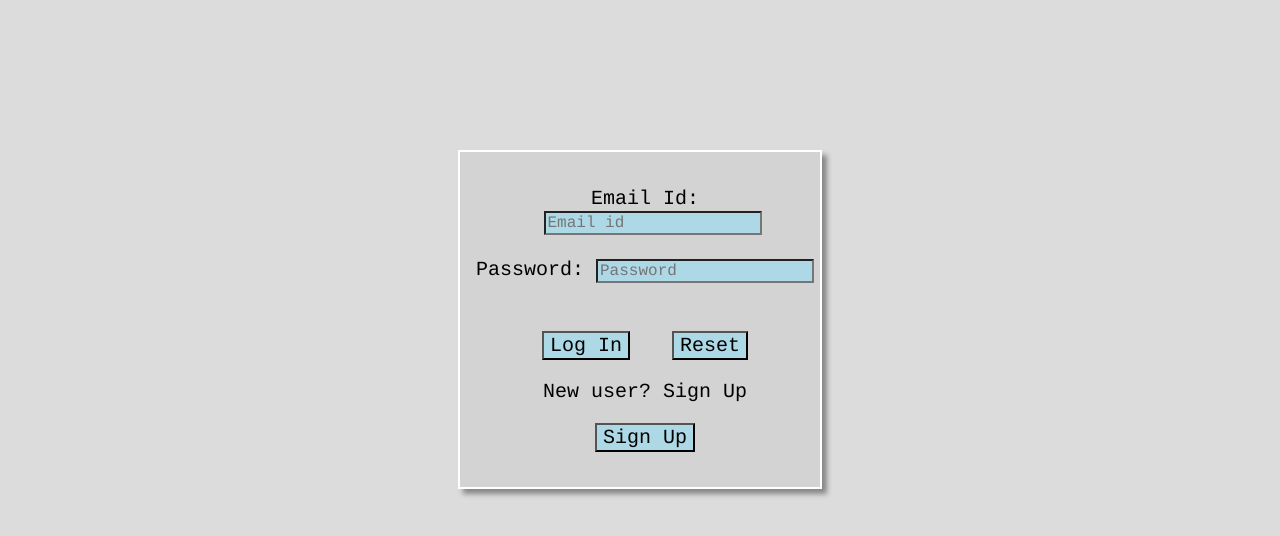
Repository: bl-sid/Bridgelabz
Page: Cookie/WebContent/index.html
The author's editor kept a copy of each file at every save. The page is drawn from the files as they stood at one save, then again after the next save.
The browser window is 1280 px wide. The pictures show the whole page.

Above is the page before, as saved 2017-08-23 12:59:59.

After the next save:
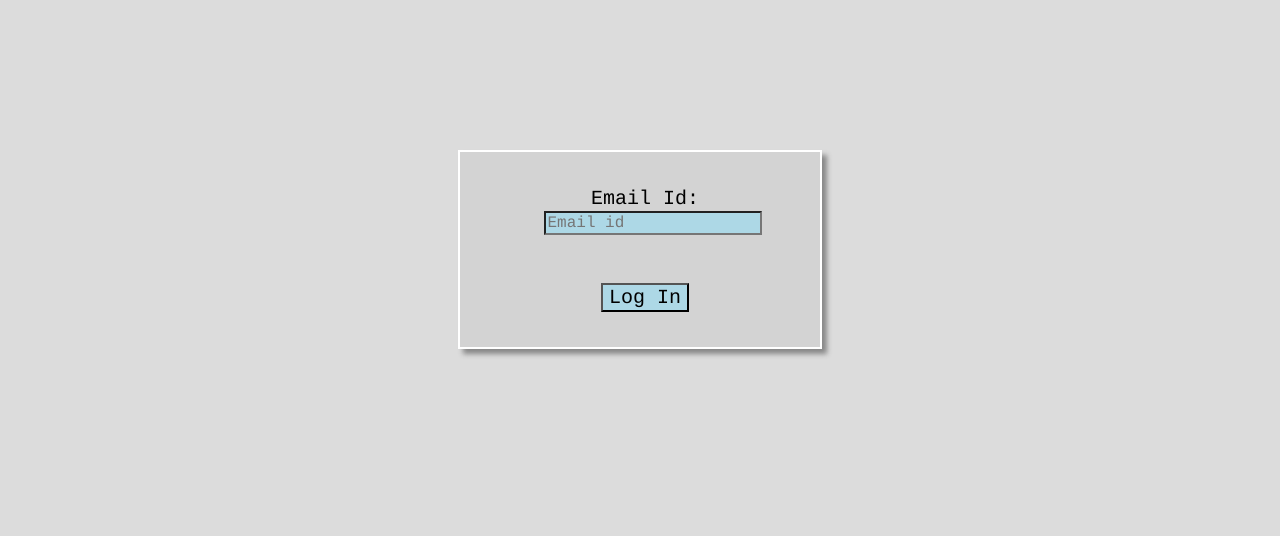
Saved 39 s later.
--- a/Cookie/WebContent/index.html
+++ b/Cookie/WebContent/index.html
@@ -81,16 +81,9 @@
 		Email Id: <input type="email" name="email" class="myid" id="emailid"
 			placeholder="Email id">
 		<br> <br>
-		Password: <input type="password" name="password" class="myid" placeholder="Password"
-			id="passid">
-		<br> <br>
+
 		<input type="submit" name="submit" value="Log In" class="myid" id="submitid"
-			onClick="return onSubmitClick()">
-		<input type="reset" name="reset" id="resetid">
-
-		<p>New user? Sign Up</p>
-
-		<Button formaction="SignUp.html" id="signid">Sign Up</Button>
+			onClick="return onSubmitClick()"
 
 	</form>
 

After the save that followed:
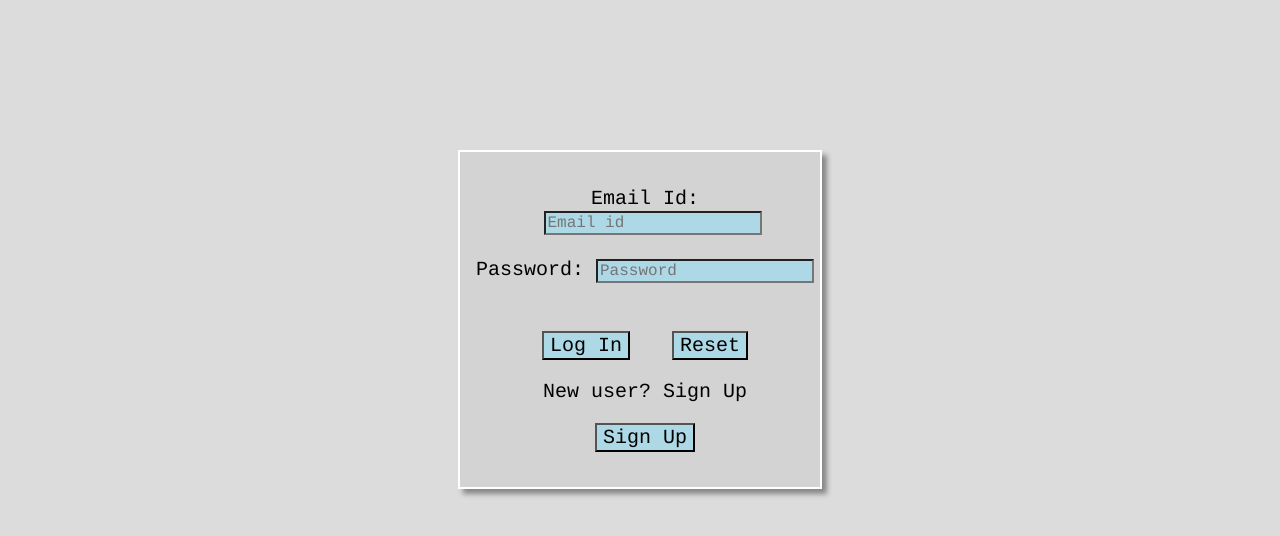
Saved 19 s later.
--- a/Cookie/WebContent/index.html
+++ b/Cookie/WebContent/index.html
@@ -81,9 +81,16 @@
 		Email Id: <input type="email" name="email" class="myid" id="emailid"
 			placeholder="Email id">
 		<br> <br>
+		Password: <input type="password" name="password" class="myid" placeholder="Password"
+			id="passid">
+		<br> <br>
+		<input type="submit" name="submit" value="Log In" class="myid" id="submitid"
+			onClick="return onSubmitClick()">
+		<input type="reset" name="reset" id="resetid">
 
-		<input type="submit" name="submit" value="Log In" class="myid" id="submitid"
-			onClick="return onSubmitClick()"
+		<p>New user? Sign Up</p>
+
+		<Button formaction="SignUp.html" id="signid">Sign Up</Button>
 
 	</form>
 
